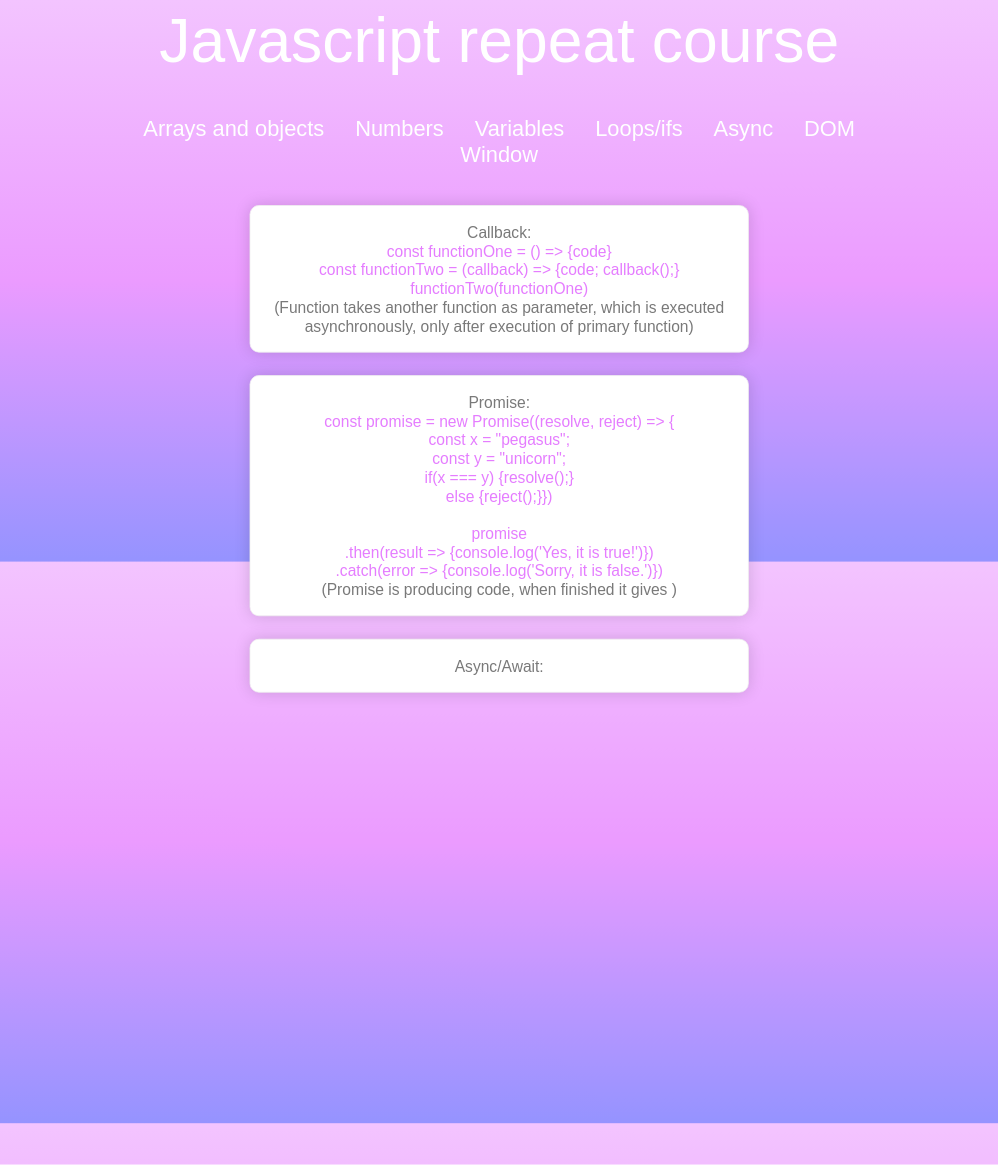
Repository: michalgornicki/javascript
Page: /#/Async
An editor plug-in stored every save of this project. The page is shown before and after a run of saves, followed by the edit.
The browser window is 1280 px wide. The pictures show the whole page, at 78% of full size.
Backgrounds fixed to the window are drawn as part of the page. The project was rebuilt for these pictures with package versions that can differ from the ones it lists, and the page was loaded fresh each time. Also part of the build but not shown: src/index.css, src/components/arrays.jsx, src/components/variables.jsx, src/components/numbers.jsx, src/components/loops.jsx, src/components/DOM manipulation.jsx, src/components/window.jsx.

Above is the page before, as saved 2022-02-04 13:22:34.

### src/App.jsx
import React from "react";
import "./App.css";
import "bootstrap/dist/css/bootstrap.min.css";
import { Route, HashRouter as Router, Routes, Link } from "react-router-dom";
import Arrays from "./components/arrays.jsx"
import Variables from "./components/variables.jsx"
import Numbers from "./components/numbers.jsx"
import Loops from "./components/loops.jsx"
import Async from "./components/async.jsx"
import DOM from "./components/DOM manipulation.jsx"
import Window from "./components/window.jsx"

function App() {


  return (


    <Router>
    <div className="text-center">
      <div className="display-1 mt-1 mb-5 text-white">Javascript repeat course</div>

      <div className="h3 d-flex w-75 m-auto my-5 justify-content-evenly flex-wrap text-white">

      <Link className="link-style mx-3" to="/">Arrays and objects</Link>
      <Link className="link-style mx-3" to="/Numbers">Numbers</Link>
      <Link className="link-style mx-3" to="/Variables">Variables</Link>
      <Link className="link-style mx-3" to="/Loops">Loops/ifs</Link>
      <Link className="link-style mx-3" to="/Async">Async</Link>
      <Link className="link-style mx-3" to="/DOM">DOM</Link>
      <Link className="link-style mx-3" to="/Window">Window</Link>


      </div>

      <Routes>
          <Route path="/" element={<Arrays />} />
          <Route path="/Numbers" element={<Numbers />} />
          <Route path="/Variables" element={<Variables />} />
          <Route path="/Loops" element={<Loops />} />
          <Route path="/Async" element={<Async />} />
          <Route path="/DOM" element={<DOM />} />
          <Route path="/Window" element={<Window />} />
        </Routes>


    </div>
    </Router>
  );
}

export default App;

### src/App.css
body{
    font-family: Arial, Helvetica, sans-serif!important;
    overflow-x: hidden;
    padding-bottom: 80vh;
    height: auto;
    background: linear-gradient(rgb(243, 196, 255), rgb(235, 155, 255), rgb(149, 147, 255));
    background-attachment: fixed;
}

.js-item{
    color:rgb(121, 121, 121);
    background-color: white;
    transition: 0.2s;
    padding: 3vh;
    margin-bottom: 4vh!important;
    border: 1px solid rgb(240, 240, 240);
    width: 50%;
    margin-left: auto;
    margin-right: auto;
    box-shadow: 0px 0px 20px rgba(0, 0, 0, 0.15);
    border-radius: 0.75rem;
}

.js-item:hover{
    cursor: pointer;
    background-color: rgb(240, 240, 240);
}

.text-pink{
    color:rgb(229, 125, 255)!important;
}

.link-style{
    color: inherit;
    text-decoration: inherit;
}

.link-style:hover{
    color: rgb(229, 125, 255);
}

@media only screen and (max-device-width: 600px), (max-width: 600px) {

    .js-item{
        width: 95%;
    }

}

### src/components/async.jsx
const Async = () => {

  return (
    <div className="">
      <div className="js-item h5">
        {" "}
        <span className="">Callback: </span> <br />
        <span className="text-pink">{`const functionOne = () => {code}`}</span> <br />
        <span className="text-pink">{`const functionTwo = (callback) => {code; callback();}`}</span> <br />
        <span className="text-pink">{`functionTwo(functionOne)`}</span> <br /> (Function takes another function as parameter, which is executed asynchronously, only after execution of primary function)
      </div>
      <div className="js-item h5">
        {" "}
        <span className="">Promise: </span> <br />
        <span className="text-pink">{`const promise = new Promise((resolve, reject) => {`}</span> <br />
        <span className="text-pink">{`const x = "pegasus";`}</span> <br />
        <span className="text-pink">{`const y = "unicorn";`}</span> <br />
        <span className="text-pink">{` if(x === y) {resolve();}`}</span> <br />
        <span className="text-pink">{` else {reject();}})`}</span> <br /> <br />
        <span className="text-pink">{`promise`}</span> <br />
        <span className="text-pink">{`.then(result => {console.log('Yes, it is true!')})`}</span> <br />
        <span className="text-pink">{`.catch(error => {console.log('Sorry, it is false.')})`}</span> <br />
        (Promise is producing code, when finished it gives )
      </div>
      <div className="js-item h5">
        {" "}
        <span className="">Async/Await: </span> <br />
      </div>
    </div>
  );
};

export default Async;

Loaded but not shown: public/index.html (common file); src/index.js (common file); src/reportWebVitals.js (common file)

After the next 4 saves:
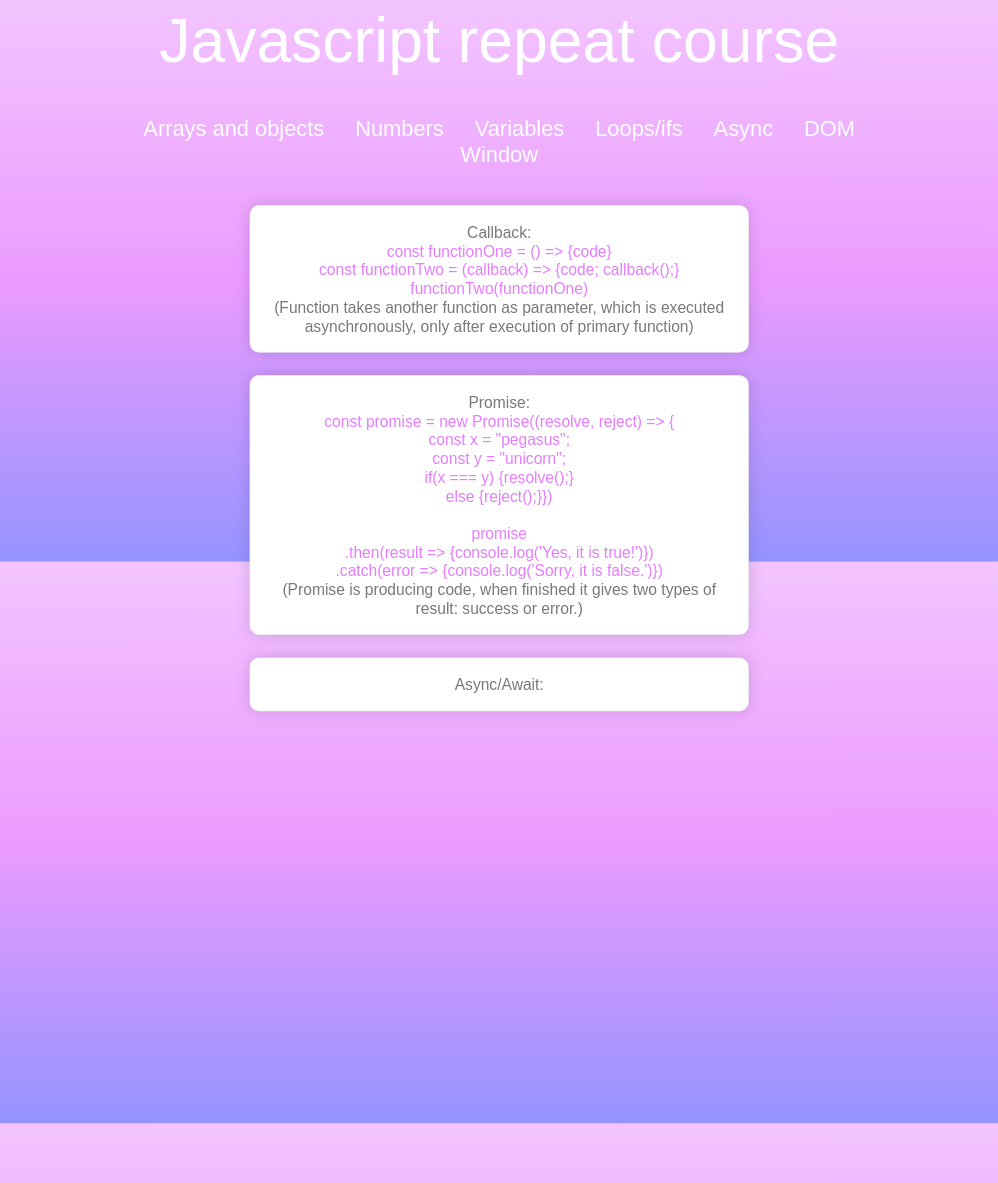
The 4 saves are shown as one change because they came seconds apart.
The last was saved 12 s later.
--- a/src/components/async.jsx
+++ b/src/components/async.jsx
@@ -20,7 +20,7 @@ const Async = () => {
         <span className="text-pink">{`promise`}</span> <br />
         <span className="text-pink">{`.then(result => {console.log('Yes, it is true!')})`}</span> <br />
         <span className="text-pink">{`.catch(error => {console.log('Sorry, it is false.')})`}</span> <br />
-        (Promise is producing code, when finished it gives )
+        (Promise is producing code, when finished it gives two types of result: success or error.)
       </div>
       <div className="js-item h5">
         {" "}
